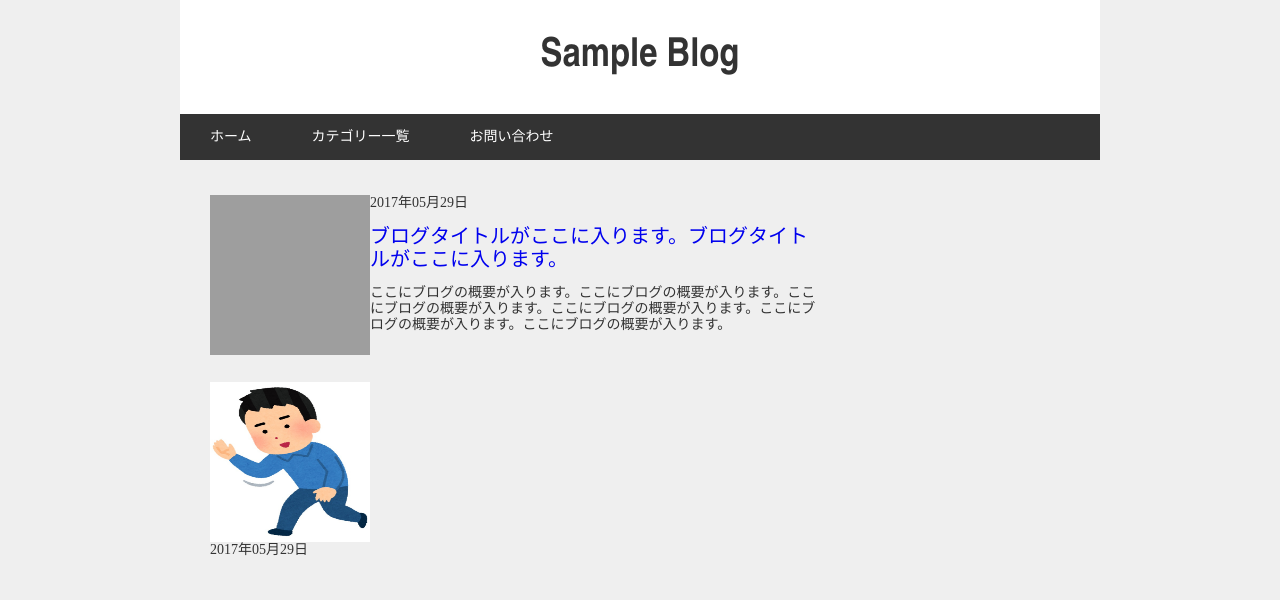
Repository: KogawaLink/-html
Page: html/ouyou/index.html
The author's editor kept a record of every edit. The page is drawn from the files as they stood at one moment, then again after the next edit.
The browser window is 1280 px wide. The pictures show the whole page.
Pictures or frames that could not be fetched are drawn as grey boxes.

Above is the page before.

After the next edit:
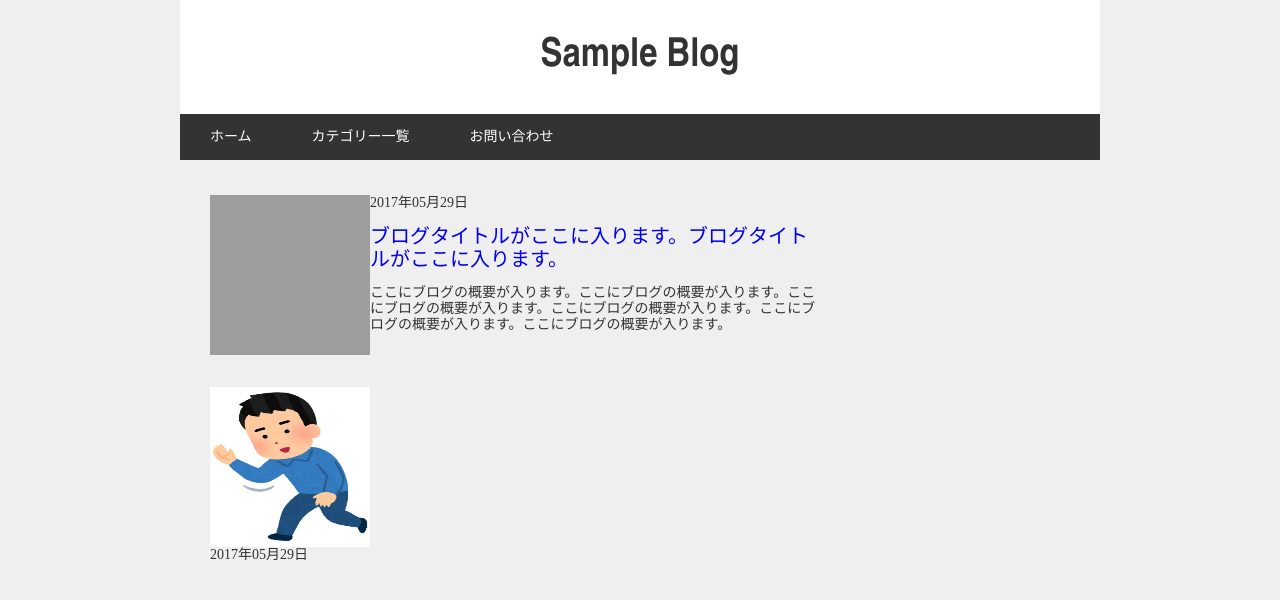
The edit:
--- a/html/ouyou/style.css
+++ b/html/ouyou/style.css
@@ -97,7 +97,7 @@
   display: flex;
   width: 160px;
   height: 160px;
-  margin: 35px 0 0 0;
+  margin: 40px 0 0 0;
 }
 
 .hiduke2 {
